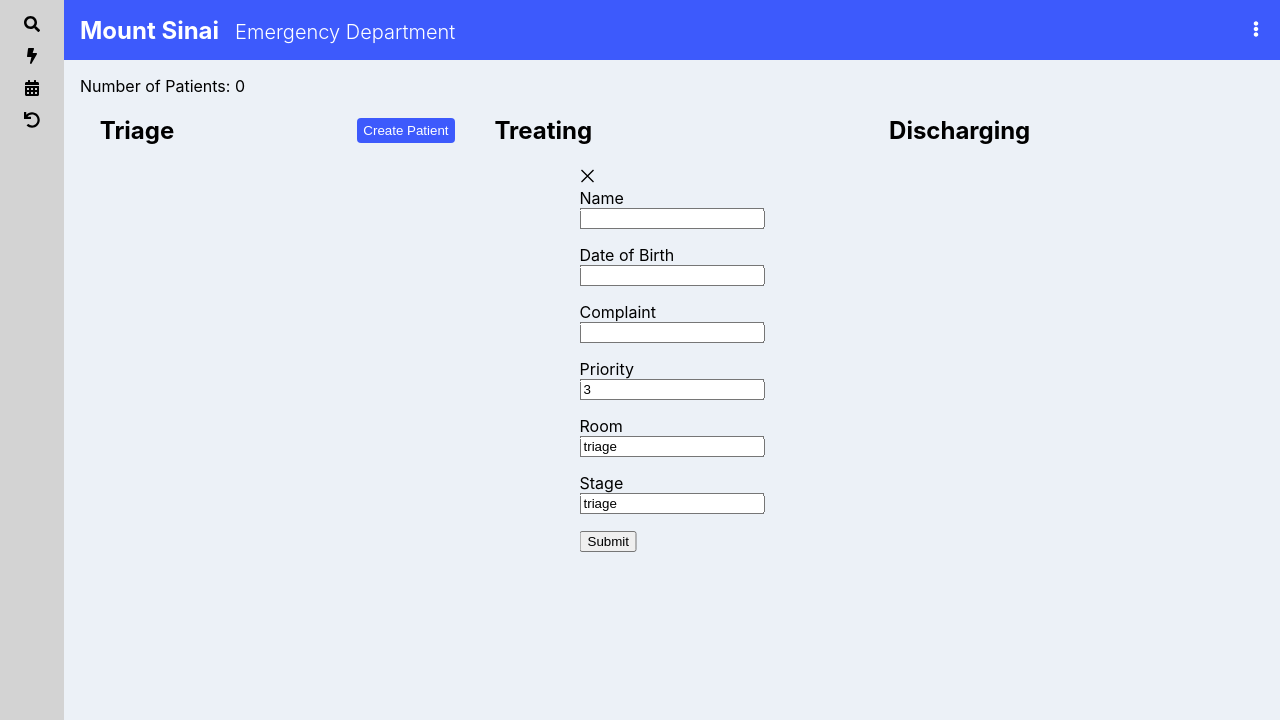
Repository: kosenijr/triage-app
Page: /, after clicking the first element matching `button.App_61351_triage-header-button`
These files come from the project's save history. The page is drawn as it stood at one moment and after a run of saves; the edit follows.
The browser window is 1280 px wide. The pictures show the whole page.
The page's requests for data from a server got no answer. The project was rebuilt for these pictures with package versions that can differ from the ones it lists, and the page was loaded fresh each time. No one was signed in, and anything a server would have sent is missing. Also part of the build but not shown: src/styles/PatientCard.module.css, src/components/PatientCard.js.

Above is the page before, as saved 2022-11-17 12:49:57.

After the next 2 saves:
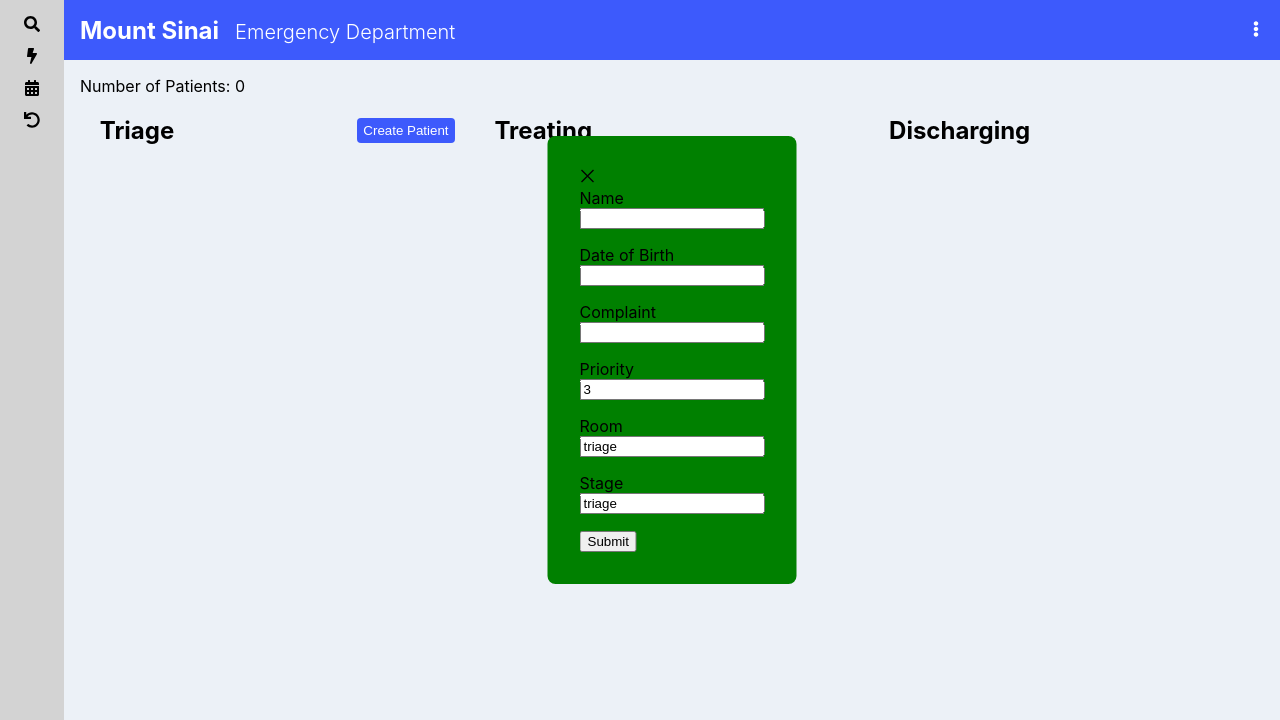
The 2 saves are shown as one change because they came seconds apart.
The last was saved 7 s later.
--- a/src/styles/Modal.module.css
+++ b/src/styles/Modal.module.css
@@ -4,7 +4,7 @@
   left: 50%;
   transform: translate(-50%, -50%);
 
-  background-color: transparent;
+  background-color: green;
   padding: 2rem;
   border-radius: 0.5rem;
   z-index: 1;
